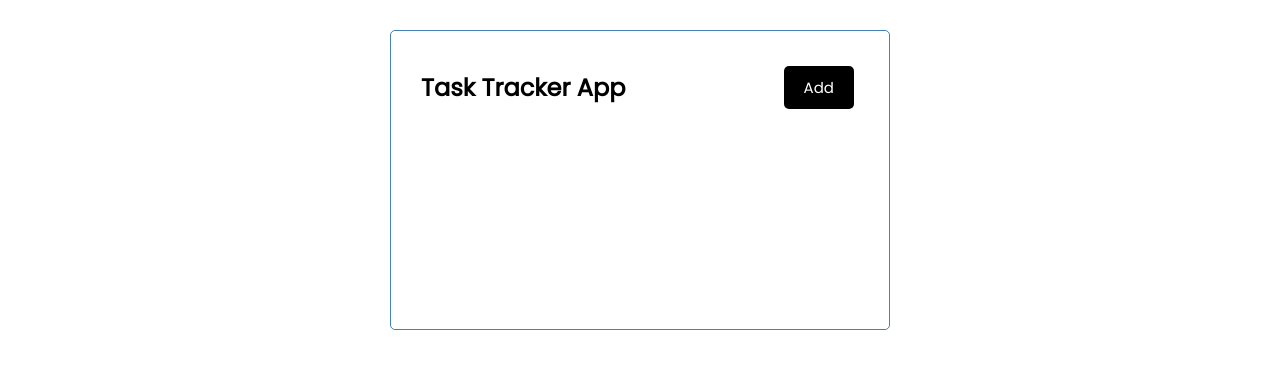
Repository: feyroozecode/task_tracker
Page: /
The author's editor kept a copy of each file at every save. The page is drawn from the files as they stood at one save, then again after the next save.
The browser window is 1280 px wide. The pictures show the whole page.
The project was rebuilt for these pictures with package versions that can differ from the ones it lists, and the page was loaded fresh each time.

Above is the page before, as saved 2023-10-19 16:51:27.

After the next save:
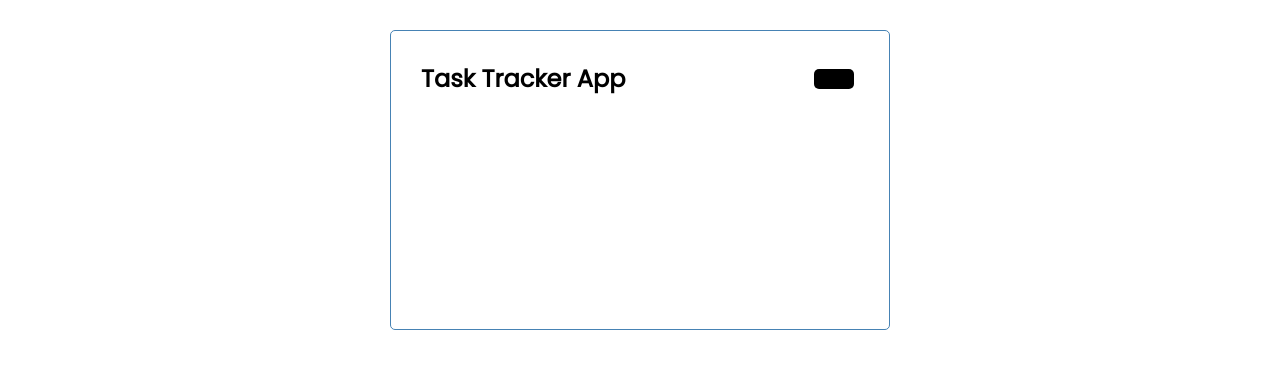
Saved 9 s later.
--- a/src/components/AddButton.js
+++ b/src/components/AddButton.js
@@ -4,7 +4,7 @@ const AddButton = ({color, text}) => {
      <button
       className='btn'
      color={color}
-     >Add </button>
+     > {} </button>
     )
 
 }
